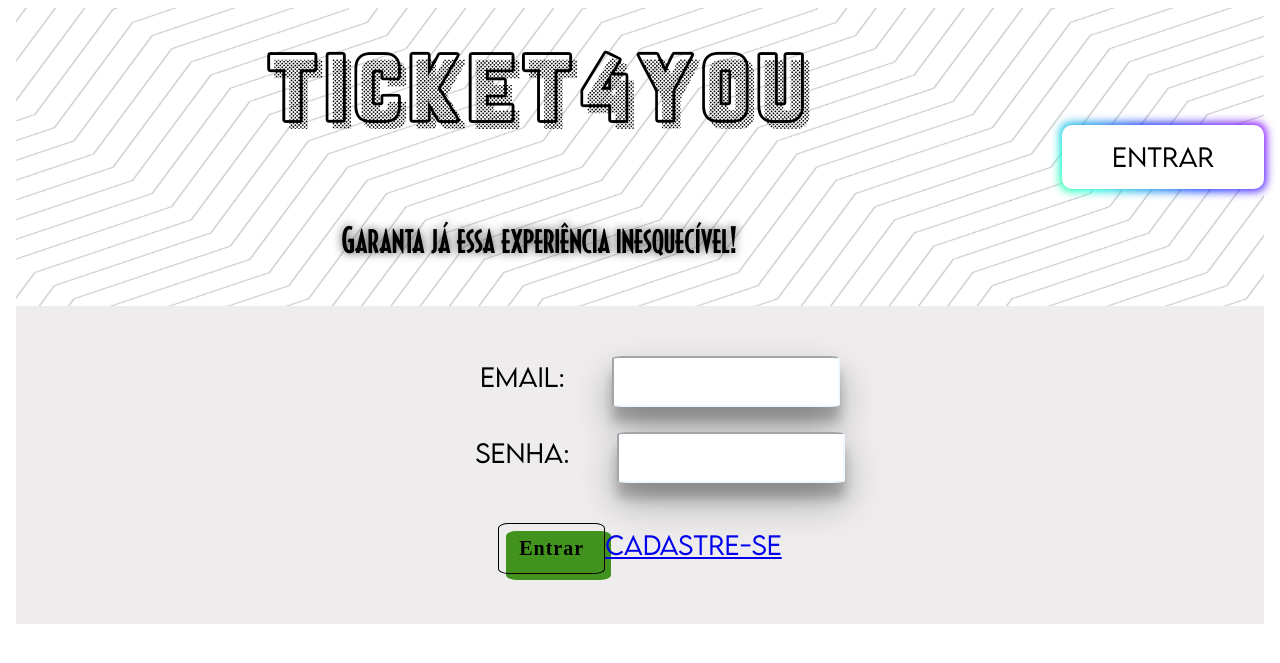
Repository: hellengurgaczz/projeto-DSA
Page: /login
These files come from the project's save history. The page is drawn as it stood at one moment and after the next save; the edit follows.
The browser window is 1280 px wide. The pictures show the whole page.
The project was rebuilt for these pictures with package versions that can differ from the ones it lists, and the page was loaded fresh each time. Also part of the build but not shown: angular.json, src/app/ingressos/templates/cadastrar/cadastrar.component.ts, src/app/models/ingresso.model.ts, src/app/services/ingresso.service.ts, src/app/compra/comprar-ingresso/comprar-ingresso.component.ts, src/app/models/compra.model.ts, src/app/services/compra.service.ts, src/app/ingressos/templates/deletar/deletar.component.ts and 3 more.

Above is the page before, as saved 2022-05-10 12:37:43.

### src/index.html
<!doctype html>
<html lang="en">
<head>
  <meta charset="utf-8">
  <title>ProjetoDSA</title>
  <base href="/">
  <meta name="viewport" content="width=device-width, initial-scale=1">
  <link rel="icon" type="image/x-icon" href="favicon.ico">
</head>
<body>
  <app-root></app-root>
</body>
</html>

### src/app/app.module.ts
import { NgModule } from '@angular/core';
import { BrowserModule } from '@angular/platform-browser';
import { HttpClientModule } from '@angular/common/http';

import { AppRoutingModule } from './app-routing.module';
import { BrowserAnimationsModule } from '@angular/platform-browser/animations';
import { AppComponent } from './app.component';
import { HeaderComponent } from './ingressos/templates/header/header.component';
import { CadastrarComponent } from './ingressos/templates/cadastrar/cadastrar.component';
import { ListarComponent } from './ingressos/templates/listar/listar.component';
import { DeletarComponent } from './ingressos/templates/deletar/deletar.component';
import { EditarComponent } from './ingressos/templates/editar/editar.component';

// imports angular material

import { FormsModule } from '@angular/forms';
import { ComprarIngressoComponent } from './compra/comprar-ingresso/comprar-ingresso.component';
import { LoginComponent } from './login/login.component';
import { LoginCadastroComponent } from './login/login-cadastro/login-cadastro.component';


@NgModule({
  imports: [
    BrowserModule,
    AppRoutingModule,
    HttpClientModule,
    BrowserAnimationsModule,
    FormsModule
  ],
  declarations: [
    AppComponent,
    HeaderComponent,
    CadastrarComponent,
    ListarComponent,
    DeletarComponent,
    EditarComponent,
    ComprarIngressoComponent,
    LoginComponent,
    LoginCadastroComponent
  ],
  providers: [],
  bootstrap: [AppComponent]
})
export class AppModule { }

### src/app/app-routing.module.ts
import { NgModule } from '@angular/core';
import { RouterModule, Routes } from '@angular/router';
import { CadastrarComponent } from './ingressos/templates/cadastrar/cadastrar.component';
import { ComprarIngressoComponent } from './compra/comprar-ingresso/comprar-ingresso.component';
import { DeletarComponent } from './ingressos/templates/deletar/deletar.component';
import { EditarComponent } from './ingressos/templates/editar/editar.component';
import { ListarComponent } from './ingressos/templates/listar/listar.component';
import { LoginComponent } from './login/login.component';
import { LoginCadastroComponent } from './login/login-cadastro/login-cadastro.component';

const routes: Routes = [
  {path: "", component: ListarComponent},
  {path: "cadastrar", component: CadastrarComponent},
  {path: "listar", component: ListarComponent},
  {path: "editar/:id", component: EditarComponent},
  {path: "deletar/:id", component: DeletarComponent},
  {path: "comprar/:id", component: ComprarIngressoComponent},
  {path: "login", component: LoginComponent},
  {path: "login/cadastro", component: LoginCadastroComponent}
];

@NgModule({
  imports: [RouterModule.forRoot(routes)],
  exports: [RouterModule]
})

export class AppRoutingModule { }

### src/app/app.component.ts
import { Component } from '@angular/core';

@Component({
  selector: 'app-root',
  templateUrl: './app.component.html',
  styleUrls: ['./app.component.css']
})
export class AppComponent {
  title = 'projeto-DSA';
}

### src/app/login/login.component.ts
import { Component, OnInit } from '@angular/core';
import { ActivatedRoute, Router } from '@angular/router';
import { Login } from '../models/login.model';
import { LoginService } from '../services/login.service';

@Component({
  selector: 'app-login',
  templateUrl: './login.component.html',
  styleUrls: ['./login.component.css']
})
export class LoginComponent implements OnInit {

  login: Login = new Login();

  constructor(private service: LoginService, private router: Router, private route: ActivatedRoute) { }

  ngOnInit(): void {

  }

  verificarLogin() {
    this.service.buscarLogin(this.login).subscribe(() => {
      this.router.navigate(['/listar']);
    });
  }

}

### src/app/app.component.html
<body>
  <app-header></app-header>

  <main>

    <router-outlet></router-outlet>

  </main>
</body>

### src/app/app.component.css
body {
    background-color: rgba(146, 132, 132, 0.151);
}

### src/app/ingressos/templates/header/header.component.html

<div class="header">
    <div class="titulo">
        <h1 style="font-weight: lighter;">
            TICKET4YOU
        </h1>
        <h4 class="desc">
            Garanta já essa experiência inesquecível!
        </h4>
    </div>
    <div class="login">
        <a routerLink="./login">Entrar</a>
    </div>
</div>

### src/app/ingressos/templates/header/header.component.css
div.header {
    display: flex;
    flex-direction: row;
    background-image: url(../fonts/SL_042620_30310_10.jpg);
    background-size: cover;
}

.titulo {
    display: flex;
    width: 95%;
    align-items: center;
    justify-content: center;
    flex-direction: column;
    font-size: 25px;
    font-family:AMP;
}

.desc{
  font-family: DecoturaICG;
  text-shadow: 0 0 10px #424242;
  font-size: 35px;
  font-weight: lighter
}

.login {
    display: flex;
    justify-content: end;
    align-items: center;
}

a{
  padding: 0.6em 2em;
  border: none;
  text-decoration: none;
  font-family: LEMONMILK-Light;
  font-size: 25px;
  outline: none;
  color: rgb(0, 0, 0);
  background: rgb(255, 255, 255);
  cursor: pointer;
  position: relative;
  z-index: 0;
  border-radius: 10px;
  user-select: none;
  -webkit-user-select: none;
  touch-action: manipulation;
}

a::before{
  content: "";
  background: linear-gradient(
    45deg,
    #ff0000,
    #ff7300,
    #fffb00,
    #48ff00,
    #00ffd5,
    #002bff,
    #7a00ff,
    #ff00c8,
    #ff0000
  );
  position: absolute;
  top: -2px;
  left: -2px;
  background-size: 400%;
  z-index: -1;
  filter: blur(5px);
  -webkit-filter: blur(5px);
  width: calc(100% + 4px);
  height: calc(100% + 4px);
  animation: glowing-button-85 20s linear infinite;
  transition: opacity 0.3s ease-in-out;
  border-radius: 10px;
}

a::after{
  z-index: -1;
  content: "";
  position: absolute;
  width: 100%;
  height: 100%;
  background: rgb(255, 255, 255);
  left: 0;
  top: 0;
  border-radius: 10px;
}

@font-face{
  font-family: AMP;
  src:url(../fonts/AMP.ttf)
}

@font-face{
  font-family: LEMONMILK-Light;
  src: url(../fonts/LEMONMILK-Light.otf);
}

@font-face{
  font-family: DecoturaICG;
  src: url(../fonts/DecoturaICG.ttf);
}

@keyframes glowing-button-85 {
  0% {
    background-position: 0 0;
  }
  50% {
    background-position: 400% 0;
  }
  100% {
    background-position: 0 0;
  }
}

### src/app/login/login.component.html
<div class="all">
    <label class="email" for="email">Email: </label>
    <input type="text"  name="email" class="emailinput" [(ngModel)]="login.email">

    <p></p>

    <label class="senha" for="senha">Senha: </label>
    <input type="password"  name="email" class="senhainput" [(ngModel)]="login.senha">

    <div>
        <button (click)="verificarLogin()">Entrar</button>
        <a routerLink="login/cadastro">Cadastre-se</a>
    </div>
</div>

### src/app/login/login.component.css
.all{
  font-family: LEMONMILKLight;
  font-size: 25px;
  text-align: center;
  padding: 50px;
}

.email{
  margin: 40px;
}

.senha{
  margin: 40px;
}

.emailinput{
  padding: 15px;
  border-radius: 5%;
  box-shadow: rgba(0, 0, 0, 0.3) 0px 19px 38px, rgba(0, 0, 0, 0.22) 0px 15px 12px;
  border-color: aliceblue;
  font-family: LEMONMILKLight;
}

.senhainput{
  padding: 15px;
  border-radius: 5%;
  box-shadow: rgba(0, 0, 0, 0.3) 0px 19px 38px, rgba(0, 0, 0, 0.22) 0px 15px 12px;
  border-color: aliceblue;
  margin-bottom: 25px;
  font-family: LEMONMILKLight;
}

button{
  font-size: 20px;
  font-weight: bolder;
  font-family: cream-DEMO;
  letter-spacing: 1px;
  padding: 13px 20px 13px;
  outline: 0;
  margin-top: 15px;
  border: 1px solid black;
  border-radius: 10%;
  cursor: pointer;
  position: relative;
  background-color: rgba(0, 0, 0, 0);
  user-select: none;
  -webkit-user-select: none;
  touch-action: manipulation;
}

button::after{
  content: "";
  background-color: #33960c;
  border-radius: 10%;
  width: 100%;
  z-index: -1;
  position: absolute;
  height: 100%;
  top: 7px;
  left: 7px;
  transition: 0.2s;
}



@font-face{
  font-family: LEMONMILKLight;
  src: url(fonts/LEMONMILK-Light.otf);
}

### src/app/models/login.model.ts
export class Login {
    id: number = 0;
    email?: string;
    senha?: string;
}

### src/app/services/login.service.ts
import { HttpClient } from '@angular/common/http';
import { Injectable } from '@angular/core';
import { Observable } from 'rxjs';
import { Login } from '../models/login.model';

@Injectable({
  providedIn: 'root'
})
export class LoginService {

  constructor(private http: HttpClient) { }

  URL = "http://localhost:3001/logins";


    buscarLogin(login : Login) : Observable<Login>{
      return this.http.get<Login>(this.URL + "/" + login.id);
    }

    cadastrarIngresso(login : Login) : Observable<any> {
      return this.http.post(this.URL, login);
    }
}

Loaded but not shown: src/styles.css (common file); src/main.ts (common file); src/environments/environment.ts (common file); src/app/ingressos/templates/header/header.component.ts (common file)

After the next save:
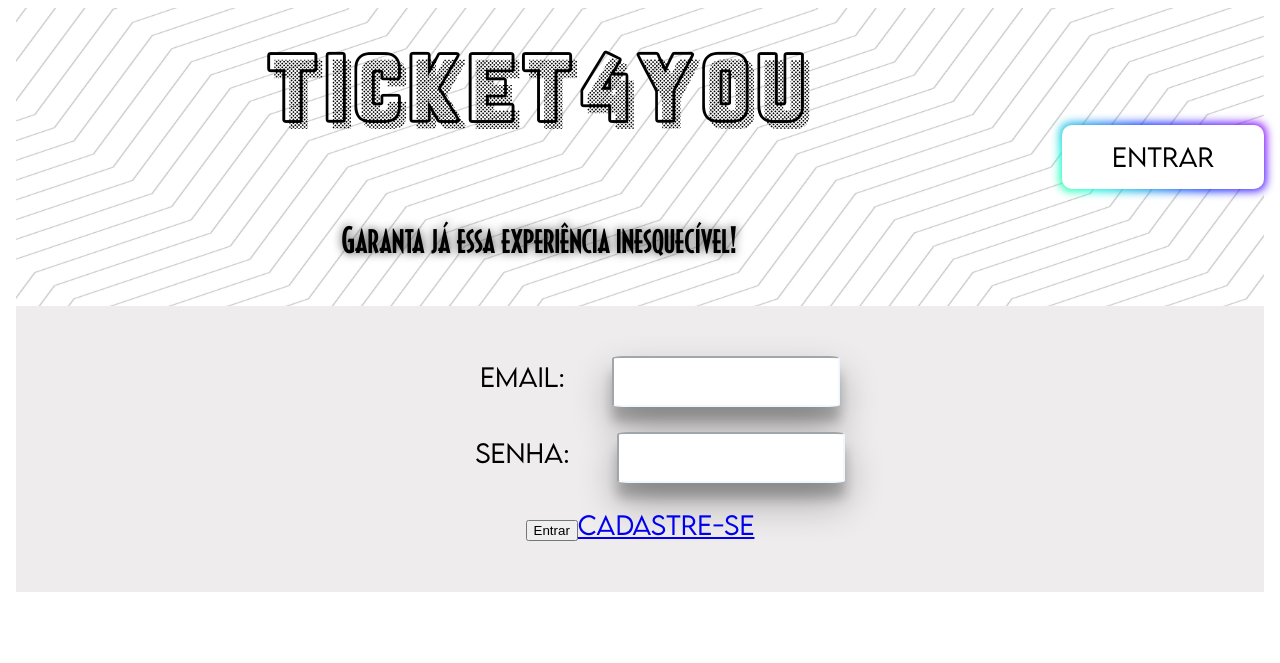
Saved 73 s later.
--- a/src/app/login/login.component.css
+++ b/src/app/login/login.component.css
@@ -30,36 +30,6 @@
   font-family: LEMONMILKLight;
 }
 
-button{
-  font-size: 20px;
-  font-weight: bolder;
-  font-family: cream-DEMO;
-  letter-spacing: 1px;
-  padding: 13px 20px 13px;
-  outline: 0;
-  margin-top: 15px;
-  border: 1px solid black;
-  border-radius: 10%;
-  cursor: pointer;
-  position: relative;
-  background-color: rgba(0, 0, 0, 0);
-  user-select: none;
-  -webkit-user-select: none;
-  touch-action: manipulation;
-}
-
-button::after{
-  content: "";
-  background-color: #33960c;
-  border-radius: 10%;
-  width: 100%;
-  z-index: -1;
-  position: absolute;
-  height: 100%;
-  top: 7px;
-  left: 7px;
-  transition: 0.2s;
-}
 
 
 
